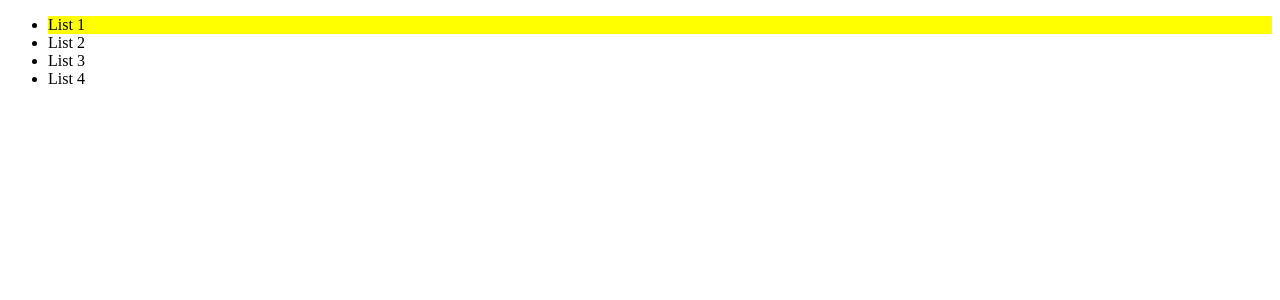
Repository: lixinso/html5
Page: workspace/CSS3/WebContent/selector/selector_checked.html
These files come from the project's save history. The page is drawn as it stood at one moment and after the next save; the edit follows.
The browser window is 1280 px wide. The pictures show the whole page.

Above is the page before, as saved 2011-05-27 14:44:01.

After the next save:
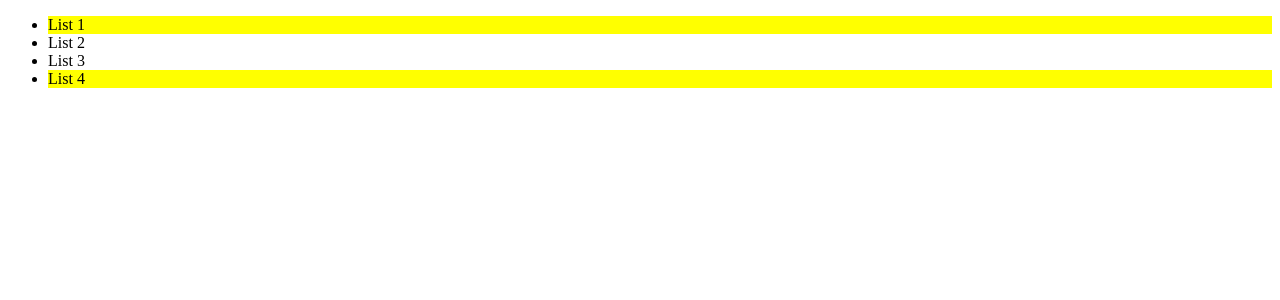
Saved 24 s later.
--- a/workspace/CSS3/WebContent/selector/selector_checked.html
+++ b/workspace/CSS3/WebContent/selector/selector_checked.html
@@ -6,6 +6,7 @@
 <title>Insert title here</title>
 <style type="text/css">
 	li:first-child{background-color: yellow;}
+	li:last-child{background-color: yellow;}
 </style>
 </head>
 <body>
